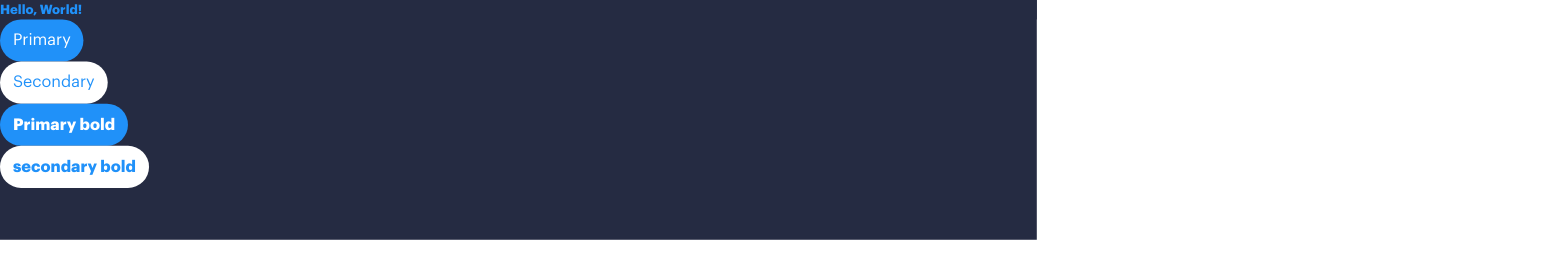
Repository: SK3010z/figmaland-tailwind
Page: /
An editor plug-in stored every save of this project. The page is shown before and after the next save, followed by the edit.
The browser window is 1280 px wide. The page is 1280 px wide, then 1920 px, then 1280 px, so the pictures cover 1920 px, including what lies to the right of the window. The pictures show the whole page, at 81% of full size.
The project was rebuilt for these pictures with package versions that can differ from the ones it lists, and the page was loaded fresh each time. Also part of the build but not shown: vite.config.js, src/mediaQueries.jsx.

Above is the page before, as saved 2024-08-16 14:29:51.

### index.html
<!doctype html>
<html lang="en">
  <head>
    <meta charset="UTF-8" />
    <link rel="icon" type="image/svg+xml" href="/vite.svg" />
    <meta name="viewport" content="width=device-width, initial-scale=1.0" />
    <title>FigmaLand</title>
  </head>
  <body>
    <div id="root"></div>
    <script type="module" src="/src/main.jsx"></script>
  </body>
</html>

### src/main.jsx
import { StrictMode } from 'react'
import { createRoot } from 'react-dom/client'
import App from './App.jsx'
import MediaQueries from './mediaQueries.jsx'
import './index.css'

createRoot(document.getElementById('root')).render(
  <StrictMode>
    <App/>
  </StrictMode>,
)

### src/App.jsx
import { Button } from "./components/Button"

function App() {
  return (
    <div className="bg-darkBrackground justify-center pb-16">
      <h1 className="text-primary bg-darkBrackground font-graphik-bold">Hello, World!</h1>
      <Button>Primary</Button>
      <Button variant="secondary">Secondary</Button>
      <Button isBold>Primary bold</Button>
      <Button variant="secondary" isBold>secondary bold</Button>
    </div>
  )
}

export default App

### src/index.css
@tailwind base;
@tailwind components;
@tailwind utilities;

@font-face {
  font-family: "Graphik-bold";
  src: url(./fonts/Graphik/Graphik-Bold-Trial.otf) format("opentype");
  font-style: normal;
  font-display: swap;
}
@font-face {
  font-family: "Graphik";
  src: url(./fonts/Graphik/Graphik-Regular-Trial.otf) format("opentype");
  font-style: normal;
  font-display: swap;
}

### src/components/Button/index.jsx
export const Button = ({children, variant = 'primary', isBold = false}) => {
  return (
    <button
      className={`flex items-center justify-center p-4 rounded-full bg-primary font-graphik text-xl leading-5
        ${variant === "primary"
            ? 'bg-primary text-white'
            : 'bg-white text-primary'
        }
        ${isBold && 'font-graphik-bold'}
      `}
    >
      {children}
    </button>
  );
};

### tailwind.config.js
/** @type {import('tailwindcss').Config} */
export default {
  content: [
    "./index.html",
    "./src/**/*.{js,ts,jsx,tsx}",
  ],
  theme: {
    extend: {
      fontFamily: {
        'graphik': ['Graphik','sans-serif'],
        'graphik-bold': ['Graphik-bold','sans-serif']
      },
      colors: {
        primary: '#2091F9',
        text: '#252B42',
        decondaryText: '#374754',
        darkBrackground: '#252B42'
      }
    },
  },
  plugins: [],
}

After the next save:
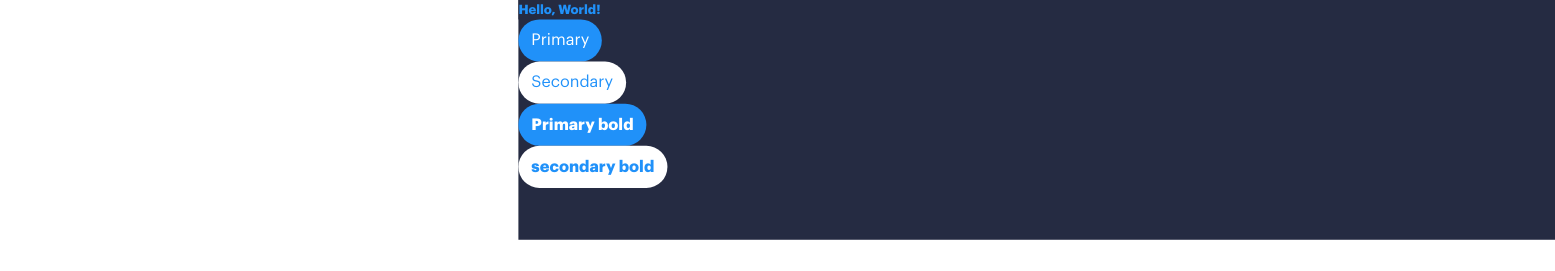
Saved 43 s later.
--- a/src/App.jsx
+++ b/src/App.jsx
@@ -2,7 +2,7 @@
 
 function App() {
   return (
-    <div className="bg-darkBrackground justify-center pb-16">
+    <div className="bg-darkBrackground justify-center pb-16 translate-x-2/4">
       <h1 className="text-primary bg-darkBrackground font-graphik-bold">Hello, World!</h1>
       <Button>Primary</Button>
       <Button variant="secondary">Secondary</Button>

After the save that followed:
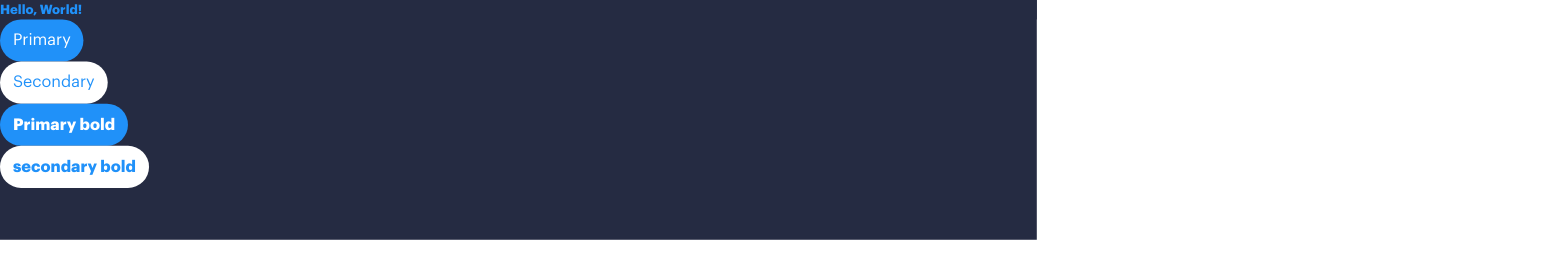
Saved 38 s later.
--- a/src/App.jsx
+++ b/src/App.jsx
@@ -2,7 +2,7 @@
 
 function App() {
   return (
-    <div className="bg-darkBrackground justify-center pb-16 translate-x-2/4">
+    <div className="bg-darkBrackground justify-center pb-16">
       <h1 className="text-primary bg-darkBrackground font-graphik-bold">Hello, World!</h1>
       <Button>Primary</Button>
       <Button variant="secondary">Secondary</Button>
